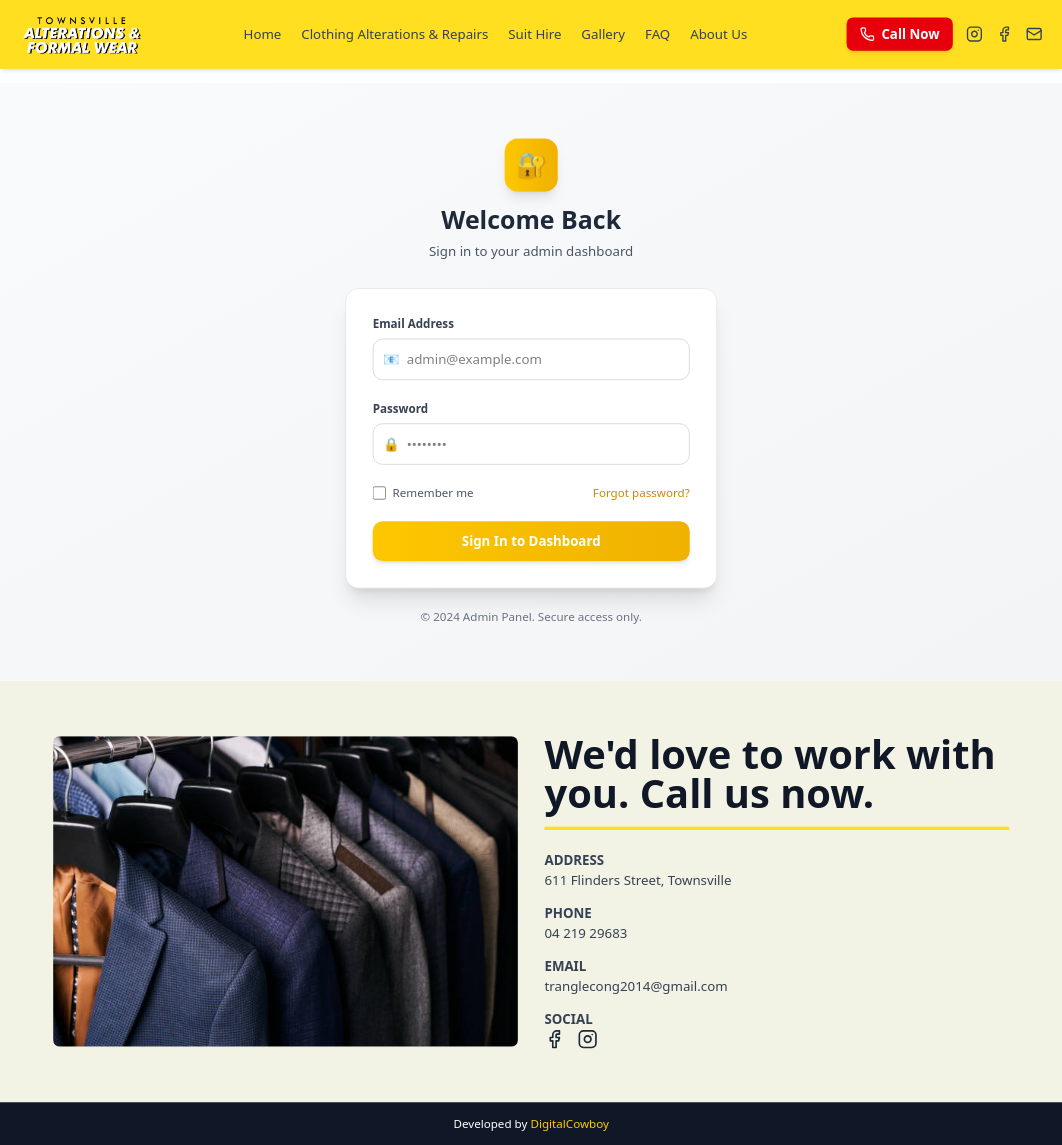
Repository: tarekhasan1/townsville-alteration
Page: /admin-dashboard
An editor plug-in stored every save of this project. The page is shown before and after the next save, followed by the edit.
The browser window is 1280 px wide. The pictures show the whole page, at 83% of full size.
The page's requests for data from a server got no answer. The project was rebuilt for these pictures with package versions that can differ from the ones it lists, and the page was loaded fresh each time. The framework's server and built-in components were replaced by stand-ins that run in the browser. No one was signed in, and anything a server would have sent is missing. Also part of the build but not shown: next.config.ts, src/app/admin-dashboard/Sidebar.tsx, src/app/admin-dashboard/DashboardHeader.tsx, src/app/admin-dashboard/UploadSection.tsx, src/app/admin-dashboard/ImageGrid.tsx, src/app/admin-dashboard/MainContent.tsx, src/app/admin-dashboard/AdminDashboard.tsx.

Above is the page before, as saved 2026-01-20 19:17:49.

### src/app/layout.tsx
import type { Metadata } from "next";
import { Geist, Geist_Mono } from "next/font/google";
import "./globals.css";
import Navbar from "@/components/Navbar";
import ContactSection from "@/components/ContactSection";
import DevelopedBy from "@/components/DevelopedBy";

const geistSans = Geist({
  variable: "--font-geist-sans",
  subsets: ["latin"],
});

const geistMono = Geist_Mono({
  variable: "--font-geist-mono",
  subsets: ["latin"],
});

export const metadata: Metadata = {
  title: "Townsville Alterations and Formal Wear | Tailoring, Suit Hire, Alterations",
  description: "Townsville Alterations and Formal Wear - Reinvent Your Wardrobe. Hire or tailor-make outfits that turn heads. Expert suit hire, bridal alterations, and tailoring in Townsville.",
  keywords: "Townsville Tailoring, Formal Wear Townsville, Suit Hire, Alterations, Wedding Dress Alterations, Custom Tailoring",
  authors: [{ name: "Townsville Alterations & Formal Wear" }],
  creator: "Townsville Alterations & Formal Wear",
  publisher: "Townsville Alterations & Formal Wear",
  robots: "index, follow",
  icons: "/logo.png",
};

export default function RootLayout({
  children,
}: Readonly<{
  children: React.ReactNode;
}>) {
  return (
    <html lang="en">
      <body className={`${geistSans.variable} ${geistMono.variable} antialiased`}>
        <Navbar />
        {children}
        <ContactSection />
        <DevelopedBy />
      </body>
    </html>
  );
}

### src/app/admin-dashboard/page.tsx
import React from 'react';
import AdminLogin from './AdminLogin';

const page = () => {
    return (
        <div className='pt-[100px]'>
            <AdminLogin/>
        </div>
    );
};

export default page;

### src/app/globals.css
@import "tailwindcss";

:root {
  --background: #ffffff;
  --foreground: #171717;
}

### src/components/ContactSection.tsx
'use client';

import Image from 'next/image';
import { Facebook, Instagram } from 'lucide-react';

export default function ContactSection() {
  return (
    <footer
      id="contact"
      aria-labelledby="contact-us"
      className="bg-[#f2f2e5] p-8 md:p-12 lg:p-16"
    >
      <div className="mx-auto grid grid-cols-1 md:grid-cols-2 gap-8 items-center">
        <div className="w-full h-auto relative">
          <Image
            src="/tailored-suit.jpg"
            alt="Tailored suits on hangers"
            width={600}
            height={400}
            className="rounded-lg"
            priority
          />
        </div>
        <div className="space-y-6 text-center md:text-left">
          <h2
            id="contact-us"
            className="text-4xl md:text-5xl font-bold text-gray-900 mb-4"
          >
            We&apos;d love to work with you. Call us now.
          </h2>
          <hr className="border-yellow-300 border-[2px]" />
          <div className="space-y-4 text-gray-700">
            <div>
              <h3 className="font-semibold">ADDRESS</h3>
              <p>611 Flinders Street, Townsville</p>
            </div>
            <div>
              <h3 className="font-semibold">PHONE</h3>
              <p>04 219 29683</p>
            </div>
            <div>
              <h3 className="font-semibold">EMAIL</h3>
              <p>
                <a
                  href="mailto:tranglecong2014@gmail.com"
                  className="hover:text-gray-600"
                  aria-label="Email us at sales@tsvalterationsandformalwear.com"
                >
                  tranglecong2014@gmail.com
                </a>
              </p>
            </div>
            <div>
              <h3 className="font-semibold">SOCIAL</h3>
              <div className="flex justify-center md:justify-start space-x-4 text-xl">
                <a
                  target="_blank"
                  href="https://www.facebook.com/DressmakingAlterationsTownsville"
                  aria-label="Facebook - Townsville Alterations and Formal Wear"
                  className="text-gray-800 hover:text-gray-600"
                >
                  <Facebook size={24} />
                </a>
                <a
                  target="_blank"
                  href="https://www.instagram.com/tsvalterationformal?igsh=bXJkaXp3eXN4Yml2"
                  aria-label="Instagram - Townsville Alterations and Formal Wear"
                  className="text-gray-800 hover:text-gray-600"
                >
                  <Instagram size={24} />
                </a>
              </div>
            </div>
          </div>
        </div>
      </div>
    </footer>
  );
}

### src/components/DevelopedBy.tsx
// components/DevelopedBy.js

import React from 'react';

const DevelopedBy = () => {
  return (
    <footer className="bg-gray-900 text-white text-center py-4">
      <p className="text-sm">
        Developed by{' '}
        <a
          href="https://digitalcowboy.com.au"
          className="text-yellow-400 hover:underline"
          target="_blank"
          rel="noopener noreferrer"
        >
          DigitalCowboy
        </a>
      </p>
    </footer>
  );
};

export default DevelopedBy;

### src/app/admin-dashboard/AdminLogin.tsx
// AdminLogin.tsx - Updated design
'use client';

import { useState, useEffect } from 'react';
import { authAdmin } from '../../../actions/admin.action';

export default function AdminLogin({ onLoginSuccess }: { onLoginSuccess: () => void }) {
  const [email, setEmail] = useState('');
  const [password, setPassword] = useState('');
  const [loading, setLoading] = useState(false);
  const [rememberMe, setRememberMe] = useState(false);

  useEffect(() => {
    const savedEmail = localStorage.getItem('admin-email');
    const savedRemember = localStorage.getItem('admin-remember');
    if (savedEmail && savedRemember === 'true') {
      setEmail(savedEmail);
      setRememberMe(true);
    }
  }, []);

  const handleLogin = async () => {
    if (!email || !password) {
      alert('Please enter both email and password');
      return;
    }

    setLoading(true);
    try {
      const isAuthenticated = await authAdmin(email, password);

      if (isAuthenticated) {
        if (rememberMe) {
          localStorage.setItem('admin-email', email);
          localStorage.setItem('admin-remember', 'true');
        } else {
          localStorage.removeItem('admin-email');
          localStorage.removeItem('admin-remember');
        }
        onLoginSuccess();
      } else {
        alert('Invalid credentials');
      }
    } catch (error) {
      console.error('Login error:', error);
      alert('Login failed. Please try again.');
    } finally {
      setLoading(false);
    }
  };

  const handleKeyPress = (e: React.KeyboardEvent) => {
    if (e.key === 'Enter') {
      handleLogin();
    }
  };

  return (
    <div className="min-h-screen flex items-center justify-center bg-gradient-to-br from-gray-50 to-gray-100 p-4">
      <div className="w-full max-w-md">
        <div className="text-center mb-8">
          <div className="inline-flex items-center justify-center w-16 h-16 rounded-2xl bg-gradient-to-r from-yellow-400 to-yellow-500 mb-4 shadow-lg">
            <span className="text-3xl">🔐</span>
          </div>
          <h1 className="text-3xl font-bold text-gray-800">Welcome Back</h1>
          <p className="text-gray-600 mt-2">Sign in to your admin dashboard</p>
        </div>

        <div className="bg-white rounded-2xl shadow-xl p-8 border border-gray-200">
          <div className="space-y-6">
            <div>
              <label className="block text-sm font-semibold text-gray-700 mb-2">
                Email Address
              </label>
              <div className="relative">
                <div className="absolute inset-y-0 left-0 pl-3 flex items-center pointer-events-none">
                  <span className="text-gray-400">📧</span>
                </div>
                <input
                  type="email"
                  placeholder="admin@example.com"
                  className="w-full pl-10 pr-4 py-3 border border-gray-300 rounded-xl focus:ring-2 focus:ring-yellow-400 focus:border-transparent transition outline-none"
                  value={email}
                  onChange={(e) => setEmail(e.target.value)}
                  onKeyPress={handleKeyPress}
                  disabled={loading}
                />
              </div>
            </div>

            <div>
              <label className="block text-sm font-semibold text-gray-700 mb-2">
                Password
              </label>
              <div className="relative">
                <div className="absolute inset-y-0 left-0 pl-3 flex items-center pointer-events-none">
                  <span className="text-gray-400">🔒</span>
                </div>
                <input
                  type="password"
                  placeholder="••••••••"
                  className="w-full pl-10 pr-4 py-3 border border-gray-300 rounded-xl focus:ring-2 focus:ring-yellow-400 focus:border-transparent transition outline-none"
                  value={password}
                  onChange={(e) => setPassword(e.target.value)}
                  onKeyPress={handleKeyPress}
                  disabled={loading}
                />
              </div>
            </div>

            <div className="flex items-center justify-between">
              <label className="flex items-center">
                <input
                  type="checkbox"
                  checked={rememberMe}
                  onChange={(e) => setRememberMe(e.target.checked)}
                  className="w-4 h-4 text-yellow-500 rounded focus:ring-yellow-400 border-gray-300"
                />
                <span className="ml-2 text-sm text-gray-600">Remember me</span>
              </label>
              <button className="text-sm text-yellow-600 hover:text-yellow-700 font-medium">
                Forgot password?
              </button>
            </div>

            <button
              onClick={handleLogin}
              disabled={loading}
              className="w-full bg-gradient-to-r from-yellow-400 to-yellow-500 text-white font-semibold py-3 px-4 rounded-xl hover:from-yellow-500 hover:to-yellow-600 transition-all duration-300 disabled:opacity-50 disabled:cursor-not-allowed shadow-md hover:shadow-lg transform hover:-translate-y-0.5"
            >
              {loading ? (
                <span className="flex items-center justify-center">
                  <svg className="animate-spin h-5 w-5 mr-3 text-white" xmlns="http://www.w3.org/2000/svg" fill="none" viewBox="0 0 24 24">
                    <circle className="opacity-25" cx="12" cy="12" r="10" stroke="currentColor" strokeWidth="4"></circle>
                    <path className="opacity-75" fill="currentColor" d="M4 12a8 8 0 018-8V0C5.373 0 0 5.373 0 12h4zm2 5.291A7.962 7.962 0 014 12H0c0 3.042 1.135 5.824 3 7.938l3-2.647z"></path>
                  </svg>
                  Signing in...
                </span>
              ) : (
                'Sign In to Dashboard'
              )}
            </button>
          </div>
        </div>

        <div className="mt-6 text-center">
          <p className="text-sm text-gray-500">
            © 2024 Admin Panel. Secure access only.
          </p>
        </div>
      </div>
    </div>
  );
}

### actions/admin.action.ts
// admin.action.ts - Add wedding gowns collection
import {
  collection,
  getDocs,
  addDoc,
  deleteDoc,
  doc,
  Timestamp,
  query,
  orderBy,
} from "firebase/firestore";
import {
  getStorage,
  ref,
  uploadBytes,
  getDownloadURL,
  deleteObject,
} from "firebase/storage";
import { db } from "@/firebase/config";

export type ImageData = {
  id: string;
  url: string;
  createdAt?: Timestamp;
  fileName?: string;
  fileSize?: number;
  fileType?: string;
  storagePath?: string;
};

export type CollectionType = "gallery" | "featured" | "suits" | "wedding-gowns";

// Authentication
export const authAdmin = async (email: string, password: string) => {
  try {
    const snapshot = await getDocs(collection(db, "admin"));
    const credentials = snapshot.docs.map((doc) => doc.data());

    const isMatch = credentials.some(
      (cred) => cred.email === email && cred.password === password
    );

    return isMatch;
  } catch (error) {
    console.error("Authentication error:", error);
    throw new Error("Authentication failed");
  }
};

// Fetch images from any collection
export const fetchImages = async (collectionName: CollectionType): Promise<ImageData[]> => {
  try {
    const q = query(
      collection(db, collectionName),
      orderBy("createdAt", "desc")
    );
    const snapshot = await getDocs(q);
    return snapshot.docs.map((doc) => ({
      id: doc.id,
      url: doc.data().url,
      createdAt: doc.data().createdAt,
      fileName: doc.data().fileName,
      fileSize: doc.data().fileSize,
      fileType: doc.data().fileType,
      storagePath: doc.data().storagePath,
    }));
  } catch (error) {
    console.error(`Error fetching ${collectionName}:`, error);
    throw error;
  }
};

// Upload image
export const uploadImage = async (
  file: File,
  targetCollection: CollectionType
): Promise<string> => {
  try {
    const storage = getStorage();
    const timestamp = Date.now();
    const fileExtension = file.name.split('.').pop();
    const fileName = `${timestamp}_${file.name.replace(/\s+/g, '_')}`;
    const filePath = `${targetCollection}/${fileName}`;
    const storageRef = ref(storage, filePath);

    // Upload to storage
    await uploadBytes(storageRef, file);
    const url = await getDownloadURL(storageRef);

    // Save to Firestore
    await addDoc(collection(db, targetCollection), {
      url,
      fileName: file.name,
      fileSize: file.size,
      fileType: file.type,
      createdAt: Timestamp.now(),
      storagePath: filePath,
    });

    return url;
  } catch (error) {
    console.error("Upload failed:", error);
    throw new Error("Failed to upload image");
  }
};

// Delete image
export const deleteImage = async (
  imageId: string,
  imageUrl: string,
  collectionName: CollectionType
): Promise<void> => {
  try {
    const storage = getStorage();

    // Extract file path from URL
    let filePath = "";
    try {
      filePath = decodeURIComponent(
        new URL(imageUrl).pathname.split("/o/")[1].split("?")[0]
      );
    } catch {
      // If URL parsing fails, try to get path from Firestore
      const imageDoc = await getDocs(query(
        collection(db, collectionName),
        orderBy("createdAt", "desc")
      ));
      const imageData = imageDoc.docs.find(doc => doc.id === imageId);
      filePath = imageData?.data()?.storagePath || "";
    }

    // Delete from storage if path exists
    if (filePath) {
      const fileRef = ref(storage, filePath);
      await deleteObject(fileRef);
    }

    // Delete from Firestore
    await deleteDoc(doc(db, collectionName, imageId));
  } catch (error) {
    console.error("Failed to delete:", error);
    throw new Error("Failed to delete image");
  }
};

// Fetch all collections at once
export const fetchAllImages = async () => {
  try {
    const [gallery, featured, suits, weddingGowns] = await Promise.all([
      fetchImages("gallery"),
      fetchImages("featured"),
      fetchImages("suits"),
      fetchImages("wedding-gowns"),
    ]);
    return { gallery, featured, suits, weddingGowns };
  } catch (error) {
    console.error("Error fetching all images:", error);
    throw error;
  }
};

// Validate file
export const validateFile = (file: File | null): string | null => {
  if (!file) return "No file selected";

  const validTypes = ["image/jpeg", "image/png", "image/webp", "image/gif"];
  if (!validTypes.includes(file.type)) {
    return "Only JPEG, PNG, WebP, and GIF formats are supported";
  }

  const maxSize = 5 * 1024 * 1024; // 5MB
  if (file.size > maxSize) {
    return "File size must be less than 5MB";
  }

  return null;
};

### src/firebase/config.ts
// Import the functions you need from the SDKs you need
import { initializeApp } from "firebase/app";
import { getFirestore } from 'firebase/firestore';
import { getStorage } from 'firebase/storage';
// TODO: Add SDKs for Firebase products that you want to use
// https://firebase.google.com/docs/web/setup#available-libraries

// Your web app's Firebase configuration
const firebaseConfig = {
  apiKey: process.env.NEXT_PUBLIC_FIREBASE_API_KEY,
  authDomain: process.env.NEXT_PUBLIC_FIREBASE_AUTH_DOMAIN,
  projectId: process.env.NEXT_PUBLIC_FIREBASE_PROJECT_ID,
  storageBucket: process.env.NEXT_PUBLIC_FIREBASE_STORAGE_BUCKET,
  messagingSenderId: process.env.NEXT_PUBLIC_FIREBASE_MESSAGING_SENDER_ID,
  appId: process.env.NEXT_PUBLIC_FIREBASE_APP_ID
};

// Initialize Firebase
const app = initializeApp(firebaseConfig);
export const db = getFirestore(app);
export const storage = getStorage(app);

Loaded but not shown: src/components/Navbar.tsx (170 lines, source omitted)

After the next save:
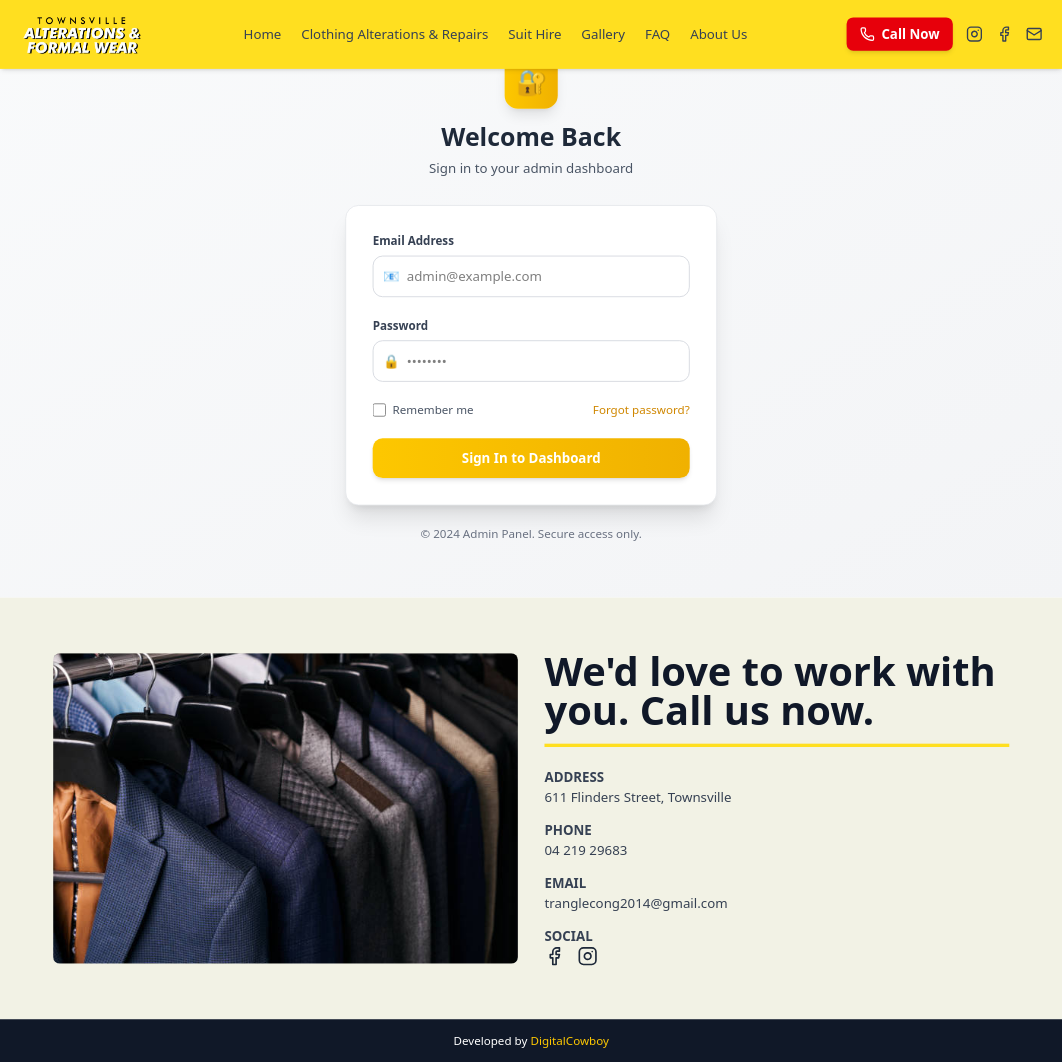
Saved 42 s later.
--- a/src/app/admin-dashboard/page.tsx
+++ b/src/app/admin-dashboard/page.tsx
@@ -1,12 +1,41 @@
-import React from 'react';
+// app/admin/page.tsx
+'use client';
+
+import { useState, useEffect } from 'react';
 import AdminLogin from './AdminLogin';
+import AdminDashboard from './AdminDashboard';
 
-const page = () => {
+export default function AdminPage() {
+  const [isLoggedIn, setIsLoggedIn] = useState(false);
+  const [loading, setLoading] = useState(true);
+
+  useEffect(() => {
+    const isAuth = localStorage.getItem('admin-authenticated');
+    if (isAuth === 'true') {
+      setIsLoggedIn(true);
+    }
+    setLoading(false);
+  }, []);
+
+  const handleLoginSuccess = () => {
+    setIsLoggedIn(true);
+    localStorage.setItem('admin-authenticated', 'true');
+  };
+
+  if (loading) {
     return (
-        <div className='pt-[100px]'>
-            <AdminLogin/>
+      <div className="min-h-screen flex items-center justify-center bg-gradient-to-br from-gray-50 to-gray-100">
+        <div className="text-center">
+          <div className="animate-spin rounded-full h-12 w-12 border-b-2 border-yellow-500 mx-auto mb-4"></div>
+          <p className="text-gray-600">Checking authentication...</p>
         </div>
+      </div>
     );
-};
+  }
 
-export default page;
+  if (!isLoggedIn) {
+    return <AdminLogin onLoginSuccess={handleLoginSuccess} />;
+  }
+
+  return <AdminDashboard />;
+}
